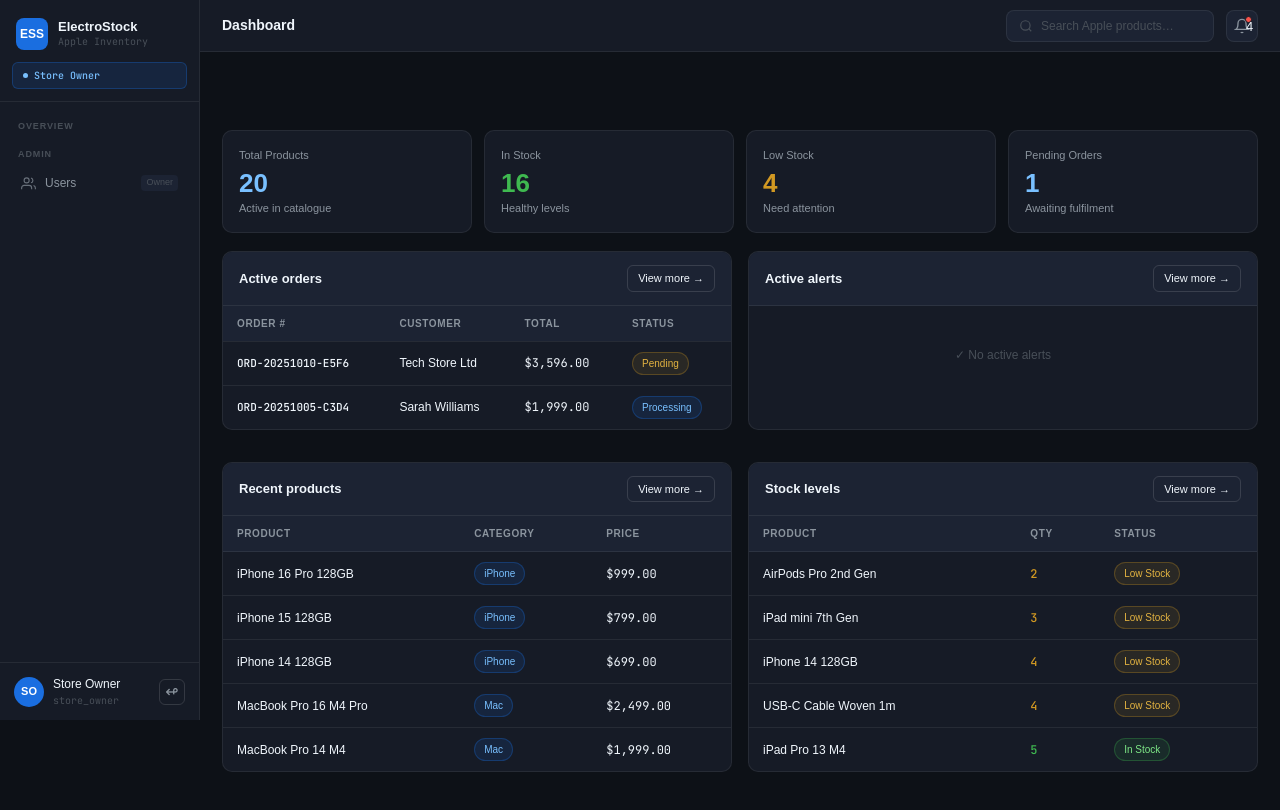
Repository: aayushaabsnss-web/ElectroStock-Solutions
Page: http://localhost/ESS/dashboard/index.php
An editor plug-in stored every save of this project. The page is shown before and after the next save, followed by the edit.
The browser window is 1280 px wide. The pictures show the whole page.
Some web fonts or font styles are not loaded; a fallback is used. The page is run by PHP 8.4 with error messages shown; the project is at /var/www/html/. The session is filled in as if someone had signed in: {"uid": 1, "name": "Store Owner", "role": "store_owner"}. Other server files are loaded and not shown. The database holds what the project's SQL file puts in it.

Above is the page before, as saved 2026-05-13 08:51:33.

### dashboard/index.php
<?php
/**
 * dashboard/index.php — Main Dashboard
 * Shows stats, active orders, alerts, products and stock summary.
 */
require_once "../config/db.php";
require_once "../auth/session.php";
require_once "../classes/Alert.php";
requireLogin();

$t = "Dashboard"; $a = "dash";
require_once "../includes/header.php";
include  "../includes/flash.php";

// Stat cards
$total = (int)(mysqli_fetch_assoc(mysqli_query($conn,"SELECT COUNT(*) c FROM products WHERE is_active=1"))['c'] ?? 0);
$in    = (int)(mysqli_fetch_assoc(mysqli_query($conn,"SELECT COUNT(*) c FROM products WHERE is_active=1 AND quantity>min_qty"))['c'] ?? 0);
$low   = (int)(mysqli_fetch_assoc(mysqli_query($conn,"SELECT COUNT(*) c FROM products WHERE is_active=1 AND quantity<=min_qty"))['c'] ?? 0);
$pend  = (int)(mysqli_fetch_assoc(mysqli_query($conn,"SELECT COUNT(*) c FROM orders WHERE status='pending'"))['c'] ?? 0);

// Active orders
$orders = mysqli_query($conn,
    "SELECT o.*, u.full_name cby,
     (SELECT COUNT(*) FROM order_items WHERE order_id=o.id) items
     FROM orders o JOIN users u ON u.id=o.created_by
     WHERE o.status IN ('pending','processing')
     ORDER BY o.created_at DESC LIMIT 5");

// Alerts
$alertObj = new Alert($conn);
$alerts   = $alertObj->getActive();

// Recent products
$products = mysqli_query($conn,
    "SELECT id,name,sku,category,price FROM products
     WHERE is_active=1 ORDER BY created_at DESC LIMIT 5");

// Low stock items
$stock = mysqli_query($conn,
    "SELECT id,name,sku,quantity,min_qty FROM products
     WHERE is_active=1 ORDER BY quantity ASC LIMIT 5");

$sc = ["pending"=>"b-amber","processing"=>"b-blue","completed"=>"b-green","cancelled"=>"b-gray"];
?>

<?php if($low > 0): ?>
<div class="alert alert-warning">&#9888; <strong><?= $low ?> product<?= $low>1?"s":"" ?></strong> at or below minimum stock &mdash; <a href="<?= BASE ?>monitoring/index.php" style="font-weight:600;color:inherit">View alerts &rarr;</a></div>
<?php endif; ?>

<!-- Stat cards -->
<div class="stats-grid">
  <div class="sc"><div class="sl">Total Products</div><div class="sv c-blue"><?= $total ?></div><div class="sn">Active in catalogue</div></div>
  <div class="sc"><div class="sl">In Stock</div><div class="sv c-green"><?= $in ?></div><div class="sn">Healthy levels</div></div>
  <div class="sc"><div class="sl">Low Stock</div><div class="sv c-amber"><?= $low ?></div><div class="sn">Need attention</div></div>
  <div class="sc"><div class="sl">Pending Orders</div><div class="sv c-blue"><?= $pend ?></div><div class="sn">Awaiting fulfilment</div></div>
</div>

<!-- Row 2: Active orders + Alerts -->
<div class="g2" style="margin-bottom:16px">

  <!-- Active orders -->
  <div class="card">
    <div class="card-hdr">
      <span class="card-title">Active orders</span>
      <a href="<?= BASE ?>orders/index.php" class="btn btn-outline btn-sm">View more &rarr;</a>
    </div>
    <table class="tbl">
      <thead><tr><th>Order #</th><th>Customer</th><th>Total</th><th>Status</th></tr></thead>
      <tbody>
      <?php $e=true; while($o=mysqli_fetch_assoc($orders)): $e=false; ?>
      <tr>
        <td class="fw mono" style="font-size:11px"><?= h($o["order_number"]) ?></td>
        <td><?= h($o["customer"]) ?></td>
        <td class="mono">$<?= number_format($o["total"],2) ?></td>
        <td><span class="badge <?= $sc[$o["status"]] ?>"><?= ucfirst($o["status"]) ?></span></td>
      </tr>
      <?php endwhile; if($e): ?>
      <tr><td colspan="4" style="text-align:center;padding:20px;color:var(--t3)">No active orders.</td></tr>
      <?php endif; ?>
      </tbody>
    </table>
  </div>

  <!-- Active alerts -->
  <div class="card">
    <div class="card-hdr">
      <span class="card-title">Active alerts</span>
      <a href="<?= BASE ?>monitoring/index.php" class="btn btn-outline btn-sm">View more &rarr;</a>
    </div>
    <div class="card-body" style="display:flex;flex-direction:column;gap:8px">
    <?php $any=false; foreach(array_slice($alerts,0,5) as $al): $any=true; ?>
    <div style="display:flex;align-items:center;gap:10px;padding:9px 12px;background:var(--bg3);border-radius:8px;border-left:3px solid var(--amber)">
      <div style="flex:1">
        <div style="font-size:12px;font-weight:500"><?= h($al["product_name"]) ?></div>
        <div style="font-size:10px;color:var(--t2)"><?= $al["current_qty"] ?> left &middot; min <?= $al["threshold"] ?></div>
      </div>
      <span class="badge b-red">-<?= max(0,$al["threshold"]-$al["current_qty"]) ?></span>
    </div>
    <?php endforeach; if(!$any): ?>
    <div style="text-align:center;padding:24px;color:var(--t3);font-size:12px">&#10003; No active alerts</div>
    <?php endif; ?>
    </div>
  </div>
</div>

<!-- Row 3: Recent products + Stock levels -->
<div class="g2">

  <!-- Recent products -->
  <div class="card">
    <div class="card-hdr">
      <span class="card-title">Recent products</span>
      <a href="<?= BASE ?>products/index.php" class="btn btn-outline btn-sm">View more &rarr;</a>
    </div>
    <table class="tbl">
      <thead><tr><th>Product</th><th>Category</th><th>Price</th></tr></thead>
      <tbody>
      <?php $e=true; while($p=mysqli_fetch_assoc($products)): $e=false; ?>
      <tr>
        <td class="fw"><?= h($p["name"]) ?></td>
        <td><span class="badge b-blue"><?= h($p["category"]) ?></span></td>
        <td class="mono">$<?= number_format($p["price"],2) ?></td>
      </tr>
      <?php endwhile; if($e): ?>
      <tr><td colspan="3" style="text-align:center;padding:20px;color:var(--t3)">No products.</td></tr>
      <?php endif; ?>
      </tbody>
    </table>
  </div>

  <!-- Stock levels -->
  <div class="card">
    <div class="card-hdr">
      <span class="card-title">Stock levels</span>
      <a href="<?= BASE ?>stock/index.php" class="btn btn-outline btn-sm">View more &rarr;</a>
    </div>
    <table class="tbl">
      <thead><tr><th>Product</th><th>Qty</th><th>Status</th></tr></thead>
      <tbody>
      <?php $e=true; while($p=mysqli_fetch_assoc($stock)): $e=false;
        $st = $p["quantity"]==0?"Out of Stock":($p["quantity"]<=$p["min_qty"]?"Low Stock":"In Stock");
        $bl = ["In Stock"=>"b-green","Low Stock"=>"b-amber","Out of Stock"=>"b-red"];
        $ql = ["In Stock"=>"c-green","Low Stock"=>"c-amber","Out of Stock"=>"c-red"];
      ?>
      <tr>
        <td class="fw"><?= h($p["name"]) ?></td>
        <td class="mono fw <?= $ql[$st] ?>"><?= $p["quantity"] ?></td>
        <td><span class="badge <?= $bl[$st] ?>"><?= $st ?></span></td>
      </tr>
      <?php endwhile; if($e): ?>
      <tr><td colspan="3" style="text-align:center;padding:20px;color:var(--t3)">No stock data.</td></tr>
      <?php endif; ?>
      </tbody>
    </table>
  </div>

</div>
<?php require_once "../includes/footer.php"; ?>

### config/db.php
<?php
/**
 * config/db.php
 * Database configuration and connection file.
 * Change DB_USER, DB_PASS and BASE to match your server.
 */

// Database credentials — update these for your environment
define('DB_HOST', 'localhost');
define('DB_USER', 'root');      // Your MySQL username
define('DB_PASS', '');          // Your MySQL password
define('DB_NAME', 'inventory_db');

// Base URL — must match your folder name in htdocs
// e.g. if folder is 'ElectroStock-Solutions' use '/ElectroStock-Solutions/'
define('BASE', '/ESS/');

// Establish the database connection
$conn = mysqli_connect(DB_HOST, DB_USER, DB_PASS, DB_NAME);

// Show a clear error if connection fails
if (!$conn) {
    die('<div style="font-family:sans-serif;padding:30px;background:#1a1a2e;color:#ff6b6b;text-align:center">
        <h2>&#9888; Database connection failed</h2>
        <p>' . mysqli_connect_error() . '</p>
        <p style="color:#888">Edit config/db.php with your MySQL credentials.</p>
    </div>');
}

// Set character encoding to support all Unicode characters
mysqli_set_charset($conn, 'utf8mb4');

### auth/session.php
<?php
if (session_status() === PHP_SESSION_NONE) session_start();

function loggedIn()  { return !empty($_SESSION['uid']); }
function isOwner()   { return loggedIn() && $_SESSION['role'] === 'store_owner'; }

function requireLogin() {
    if (!loggedIn()) { header('Location: ' . BASE . 'auth/login.php'); exit; }
}
function requireOwner() {
    requireLogin();
    if (!isOwner()) { flash('error','Access denied — Store Owner only.'); header('Location: ' . BASE . 'dashboard/index.php'); exit; }
}
function flash($type, $msg) { $_SESSION['flash'][$type] = $msg; }
function getFlash($type) {
    $m = $_SESSION['flash'][$type] ?? '';
    unset($_SESSION['flash'][$type]);
    return $m;
}
function h($s) { return htmlspecialchars((string)$s, ENT_QUOTES, 'UTF-8'); }
function initials() {
    $parts = array_filter(explode(' ', $_SESSION['name'] ?? ''));
    return strtoupper(implode('', array_map(fn($p) => $p[0], array_slice($parts, 0, 2))));
}
function alertCount($conn) {
    $r = mysqli_query($conn,"SELECT COUNT(*) c FROM monitoring WHERE alert_status='active'");
    return (int)(mysqli_fetch_assoc($r)['c'] ?? 0);
}

### classes/Alert.php
<?php
/**
 * Alert Class — Middle Layer
 * Manages inventory monitoring alerts and threshold configuration.
 * IMPORTANT: getActive() fetches all rows immediately and clears
 * stored procedure result sets to prevent "commands out of sync".
 */
class Alert {

    /** @var mysqli $conn Active database connection */
    private mysqli $conn;

    public function __construct(mysqli $conn) {
        $this->conn = $conn;
    }

    /**
     * Returns all active alerts as a plain PHP array.
     * Fetches and frees all stored procedure result sets immediately
     * to prevent mysqli "commands out of sync" on the next query.
     * @return array
     */
    public function getActive(): array {
        $result = mysqli_query($this->conn, "CALL sp_getActiveAlerts()");
        $rows = [];
        if ($result) {
            while ($row = mysqli_fetch_assoc($result)) $rows[] = $row;
            mysqli_free_result($result);
        }
        // Drain any extra result sets returned by the stored procedure
        while (mysqli_more_results($this->conn)) mysqli_next_result($this->conn);
        return $rows;
    }

    /**
     * Returns recently resolved alerts as a plain PHP array.
     * Uses a plain SELECT (not a stored proc) — no sync issue.
     * @param int $limit Max rows
     * @return array
     */
    public function getResolved(int $limit = 10): array {
        $result = mysqli_query($this->conn,
            "SELECT m.*, p.name AS product_name, u.full_name AS resolved_by_name
             FROM monitoring m
             JOIN products p ON p.id = m.product_id
             LEFT JOIN users u ON u.id = m.resolved_by
             WHERE m.alert_status = 'resolved'
             ORDER BY m.resolved_at DESC
             LIMIT $limit");
        $rows = [];
        if ($result) while ($row = mysqli_fetch_assoc($result)) $rows[] = $row;
        return $rows;
    }

    /**
     * Marks an alert as resolved. Calls sp_resolveAlert.
     */
    public function resolve(int $alertId, int $userId): bool {
        $stmt = mysqli_prepare($this->conn, "CALL sp_resolveAlert(?,?)");
        mysqli_stmt_bind_param($stmt, 'ii', $alertId, $userId);
        $ok = mysqli_stmt_execute($stmt);
        mysqli_stmt_close($stmt);
        while (mysqli_more_results($this->conn)) mysqli_next_result($this->conn);
        return $ok;
    }

    /**
     * Sets or updates the alert threshold for a product.
     */
    public function setThreshold(int $productId, int $threshold): bool {
        $stmt = mysqli_prepare($this->conn,
            "INSERT INTO monitoring (product_id, threshold)
             VALUES (?, ?)
             ON DUPLICATE KEY UPDATE threshold = ?");
        mysqli_stmt_bind_param($stmt, 'iii', $productId, $threshold, $threshold);
        $ok = mysqli_stmt_execute($stmt);
        mysqli_stmt_close($stmt);
        return $ok;
    }

    /**
     * Returns count of active alerts for the nav badge.
     */
    public function countActive(): int {
        $r = mysqli_query($this->conn,
            "SELECT COUNT(*) AS c FROM monitoring WHERE alert_status = 'active'");
        return (int)(mysqli_fetch_assoc($r)['c'] ?? 0);
    }
}
?>

### includes/header.php
<?php
// $t = page title, $a = active nav key
require_once __DIR__.'/../config/db.php';
require_once __DIR__.'/../auth/session.php';
requireLogin();
$_ac = alertCount($conn);
?><!DOCTYPE html>
<html lang="en">
<head>
<meta charset="UTF-8"><meta name="viewport" content="width=device-width,initial-scale=1">
<title><?= h($t??'Dashboard') ?> — ElectroStock Solutions</title>
<link rel="stylesheet" href="<?= BASE ?>assets/style.css">
</head>
<body>
<?php include __DIR__.'/sidebar.php'; ?>
<header class="topbar">
  <span class="tb-title"><?= h($t??'Dashboard') ?></span>
  <form class="tb-search" action="<?= BASE ?>products/search.php" method="GET">
    <svg width="14" height="14" viewBox="0 0 24 24" fill="none" stroke="currentColor" stroke-width="2"><circle cx="11" cy="11" r="8"/><path d="M21 21l-4.35-4.35"/></svg>
    <input type="text" name="q" placeholder="Search Apple products…" value="<?= h($_GET['q']??'') ?>">
  </form>
  <a href="<?= BASE ?>monitoring/index.php" class="tb-bell" title="Alerts">
    <svg width="16" height="16" viewBox="0 0 24 24" fill="none" stroke="currentColor" stroke-width="2"><path d="M18 8A6 6 0 006 8c0 7-3 9-3 9h18s-3-2-3-9"/><path d="M13.73 21a2 2 0 01-3.46 0"/></svg>
    <?php if($_ac>0): ?><span class="tb-badge"><?= $_ac ?></span><?php endif; ?>
  </a>
</header>
<main class="main"><div class="content">

### includes/sidebar.php
<?php // sidebar.php — $a = active key, $conn available ?>
<aside class="sidebar">
  <div class="sb-top">
    <div class="sb-brand">
      <div class="sb-logo">ESS</div>
      <div><div class="sb-name">ElectroStock</div><div class="sb-sub">Apple Inventory</div></div>
    </div>
    <div class="role-chip <?= isOwner()?'rc-owner':'rc-emp' ?>">
      <span class="rdot"></span><?= isOwner()?'Store Owner':'Employee' ?>
    </div>
  </div>
  <nav class="sb-nav">
    <div class="nl">Overview</div>
    <?php if(isOwner()): ?>
    <div class="nl">Admin</div>
    <a class="ni <?= ($a??'')==='users'?'active':'' ?>" href="<?= BASE ?>auth/register.php">
      <svg width="15" height="15" viewBox="0 0 24 24" fill="none" stroke="currentColor" stroke-width="1.8"><path d="M17 21v-2a4 4 0 00-4-4H5a4 4 0 00-4 4v2"/><circle cx="9" cy="7" r="4"/><path d="M23 21v-2a4 4 0 00-3-3.87M16 3.13a4 4 0 010 7.75"/></svg>
      Users <span class="nav-lock">Owner</span>
    </a>
    <?php endif; ?>
  </nav>
  <div class="sb-foot">
    <div class="user-row">
      <div class="uav"><?= h(initials()) ?></div>
      <div style="flex:1;min-width:0">
        <div class="uname"><?= h($_SESSION['name']??'') ?></div>
        <div class="urole"><?= h($_SESSION['role']??'') ?></div>
      </div>
      <a href="<?= BASE ?>auth/logout.php" class="logout-btn" title="Logout">&#8619;</a>
    </div>
  </div>
</aside>

### includes/flash.php
<?php
foreach(['success'=>'alert-success','error'=>'alert-danger','warning'=>'alert-warning'] as $k=>$cls):
  if($m=getFlash($k)): ?><div class="alert <?= $cls ?>"><?= h($m) ?></div><?php
  endif;
endforeach;

### includes/footer.php
</div></main>
<script src="<?= BASE ?>assets/js/main.js"></script>
</body></html>

### database/inventory_db.sql (the tables this page reads)
CREATE TABLE monitoring (
  id           INT AUTO_INCREMENT PRIMARY KEY,
  product_id   INT  NOT NULL UNIQUE,
  threshold    INT  NOT NULL DEFAULT 5,
  alert_status ENUM('active','resolved') NOT NULL DEFAULT 'active',
  alerted_at   TIMESTAMP DEFAULT CURRENT_TIMESTAMP,
  resolved_at  TIMESTAMP NULL,
  resolved_by  INT,
  FOREIGN KEY (product_id)  REFERENCES products(id) ON DELETE CASCADE,
  FOREIGN KEY (resolved_by) REFERENCES users(id)    ON DELETE SET NULL
);

INSERT INTO monitoring (product_id,threshold,alert_status) VALUES
(4, 8, 'active'),
(12,5, 'active'),
(16,8, 'active'),
(20,15,'active');

CREATE TABLE order_items (
  id         INT AUTO_INCREMENT PRIMARY KEY,
  order_id   INT  NOT NULL,
  product_id INT  NOT NULL,
  quantity   INT  NOT NULL,
  unit_price DECIMAL(10,2) NOT NULL,
  FOREIGN KEY (order_id)   REFERENCES orders(id)   ON DELETE CASCADE,
  FOREIGN KEY (product_id) REFERENCES products(id) ON DELETE CASCADE
);

INSERT INTO order_items (order_id,product_id,quantity,unit_price) VALUES
(1,1,2,1199.00),
(2,6,1,1999.00),
(3,1,2,1199.00),(3,13,1,399.00),(3,19,2,399.00),
(4,16,1,249.00);

CREATE TABLE orders (
  id           INT AUTO_INCREMENT PRIMARY KEY,
  order_number VARCHAR(20)  NOT NULL UNIQUE,
  customer     VARCHAR(120) NOT NULL,
  status       ENUM('pending','processing','completed','cancelled') NOT NULL DEFAULT 'pending',
  total        DECIMAL(10,2) NOT NULL DEFAULT 0.00,
  notes        TEXT,
  created_by   INT  NOT NULL,
  created_at   TIMESTAMP DEFAULT CURRENT_TIMESTAMP,
  updated_at   TIMESTAMP DEFAULT CURRENT_TIMESTAMP ON UPDATE CURRENT_TIMESTAMP,
  FOREIGN KEY (created_by) REFERENCES users(id) ON DELETE CASCADE
);

INSERT INTO orders (order_number,customer,status,total,notes,created_by,created_at) VALUES
('ORD-20251001-A1B2','John Smith',     'completed', 2398.00,'Corporate bulk order',      1,'2025-10-01 10:00:00'),
('ORD-20251005-C3D4','Sarah Williams', 'processing',1999.00,'Online order',              2,'2025-10-05 14:00:00'),
('ORD-20251010-E5F6','Tech Store Ltd', 'pending',   3596.00,'Reseller — priority',       1,'2025-10-10 09:30:00'),
('ORD-20251012-G7H8','Emma Brown',     'cancelled',  249.00,'Customer cancelled',        2,'2025-10-12 11:00:00');

CREATE TABLE products (
  id          INT AUTO_INCREMENT PRIMARY KEY,
  name        VARCHAR(150) NOT NULL UNIQUE,
  sku         VARCHAR(40)  NOT NULL UNIQUE,
  category    ENUM('iPhone','Mac','iPad','Watch','Accessory') NOT NULL,
  description TEXT,
  price       DECIMAL(10,2) NOT NULL,
  quantity    INT           NOT NULL DEFAULT 0,
  min_qty     INT           NOT NULL DEFAULT 5,
  supplier    VARCHAR(100)  DEFAULT 'Apple Inc.',
  is_active   TINYINT(1)   NOT NULL DEFAULT 1,
  added_by    INT,
  created_at  TIMESTAMP    DEFAULT CURRENT_TIMESTAMP,
  updated_at  TIMESTAMP    DEFAULT CURRENT_TIMESTAMP ON UPDATE CURRENT_TIMESTAMP,
  FOREIGN KEY (added_by) REFERENCES users(id) ON DELETE SET NULL
);

INSERT INTO products (name,sku,category,description,price,quantity,min_qty,supplier,added_by) VALUES
('iPhone 16 Pro Max 256GB','IP16PM256','iPhone','Latest flagship with A18 Pro chip and titanium design',               1199.00,24, 8,'Apple Inc.',1),
('iPhone 16 Pro 128GB',    'IP16P128', 'iPhone','Pro performance with 48MP camera system and A18 Pro chip',            999.00,18, 8,'Apple Inc.',1),
('iPhone 15 128GB',        'IP15128',  'iPhone','Dynamic Island and USB-C connectivity',                               799.00,35,10,'Apple Inc.',1),
('iPhone 14 128GB',        'IP14128',  'iPhone','Crash Detection and Emergency SOS via satellite',                     699.00, 4, 8,'Apple Inc.',1),
('MacBook Pro 16 M4 Pro',  'MBP16M4P', 'Mac',   'Powerhouse laptop with M4 Pro chip and 24GB RAM',                  2499.00, 6, 3,'Apple Inc.',1),
('MacBook Pro 14 M4',      'MBP14M4',  'Mac',   '14-inch MacBook Pro with M4 chip, all-day battery',                1999.00,11, 3,'Apple Inc.',1),
('MacBook Air 15 M3',      'MBA15M3',  'Mac',   'Thin and light 15-inch with M3 chip',                              1299.00,20, 5,'Apple Inc.',1),
('Mac mini M4',            'MM4',      'Mac',   'Compact desktop Mac with M4 chip',                                   599.00, 9, 5,'Apple Inc.',1),
('iPad Pro 13 M4',         'IPADP13M4','iPad',  'Most advanced iPad with M4 chip and Ultra Retina XDR display',      1299.00, 5, 3,'Apple Inc.',1),
('iPad Air 11 M2',         'IPADA11M2','iPad',  'Versatile 11-inch iPad Air with M2 chip',                            749.00,14, 5,'Apple Inc.',1),
('iPad 10th Gen 64GB',     'IPAD10G64','iPad',  'Colorful redesigned iPad with USB-C',                                449.00,22, 8,'Apple Inc.',1),
('iPad mini 7th Gen',      'IPADMINI7','iPad',  'Portable 8.3-inch iPad mini with A17 Pro chip',                      499.00, 3, 5,'Apple Inc.',1),
('Apple Watch Series 10',  'AWS10GPS', 'Watch', 'Thinnest Apple Watch with larger display and faster charging',        399.00,28,10,'Apple Inc.',1),
('Apple Watch Ultra 2',    'AWULTRA2', 'Watch', 'Ultimate sports watch with precision dual-frequency GPS',             799.00, 6, 3,'Apple Inc.',1),
('Apple Watch SE 2',       'AWSE2',    'Watch', 'Essential smartwatch at an affordable price',                         249.00,19, 8,'Apple Inc.',1),
('AirPods Pro 2nd Gen',    'APP2',     'Accessory','Active Noise Cancellation with Adaptive Audio',                    249.00, 2, 8,'Apple Inc.',1),
('AirPods 4',              'AP4',      'Accessory','Redesigned AirPods with ANC and H2 chip',                         129.00,31,10,'Apple Inc.',1),
('Apple Pencil Pro',       'APENCILP', 'Accessory','Advanced Pencil with barrel roll and squeeze gesture',             129.00,12, 5,'Apple Inc.',1),
('MagSafe Charger 15W',    'MAGSAFE',  'Accessory','Wireless MagSafe charger up to 15W for iPhone 12 and later',       39.00,45,15,'Apple Inc.',1),
('USB-C Cable Woven 1m',   'USBC1M',   'Accessory','Braided USB-C cable supporting up to 240W charging',               29.00, 4,15,'Apple Inc.',1);

CREATE TABLE users (
  id            INT AUTO_INCREMENT PRIMARY KEY,
  full_name     VARCHAR(100) NOT NULL,
  email         VARCHAR(150) NOT NULL UNIQUE,
  password_hash VARCHAR(255) NOT NULL,
  role          ENUM('store_owner','employee') NOT NULL DEFAULT 'employee',
  is_active     TINYINT(1)  NOT NULL DEFAULT 1,
  created_at    TIMESTAMP   DEFAULT CURRENT_TIMESTAMP
);

INSERT INTO users (full_name, email, password_hash, role) VALUES
('Store Owner', 'owner@electrostock.com',
 '$2y$10$TKh8H1.PfuBiCwTsYcATauSJkQQCrmGqLaQXb5w0T7x2dWj1b5KxC', 'store_owner'),
('Alex Johnson', 'staff@electrostock.com',
 '$2y$10$TKh8H1.PfuBiCwTsYcATauSJkQQCrmGqLaQXb5w0T7x2dWj1b5KxC', 'employee');

Loaded but not shown: assets/js/main.js (29 lines, source omitted); assets/style.css (139 lines, source omitted)

After the next save:
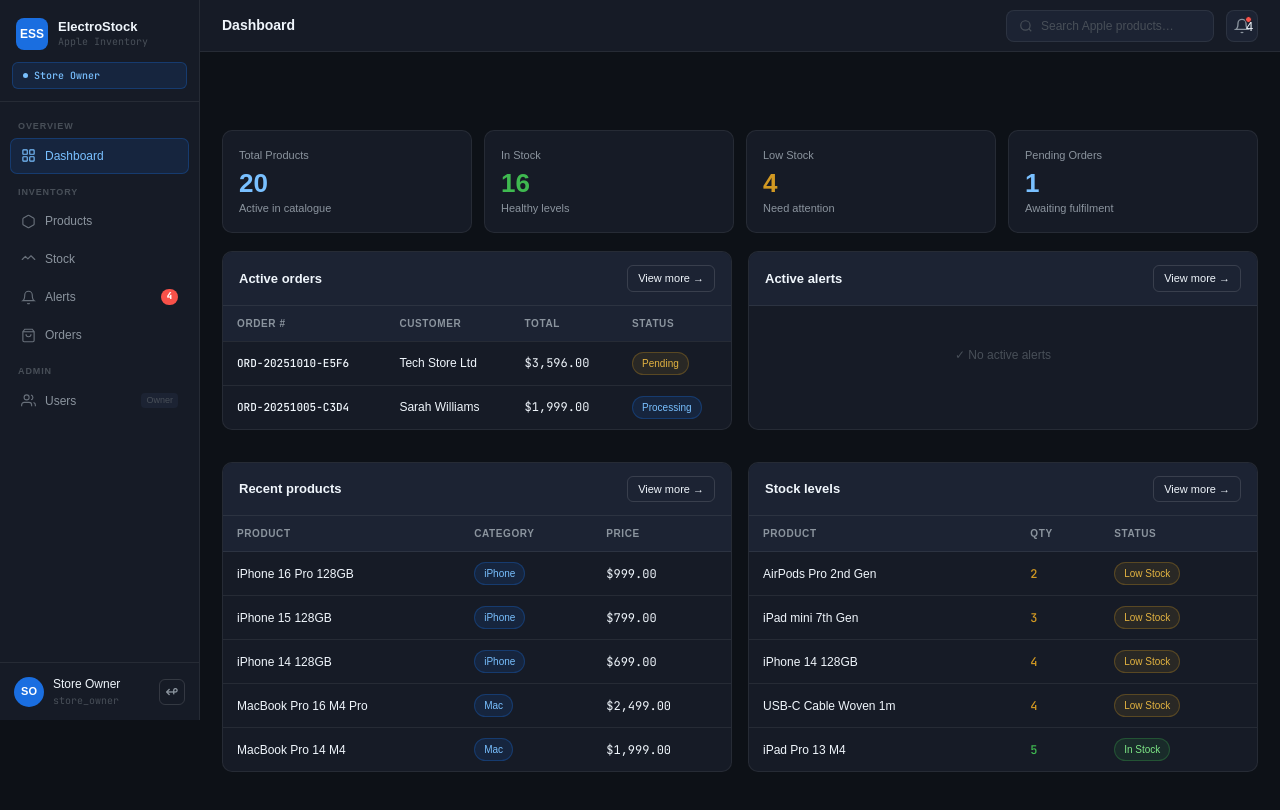
Saved 4 min 9 s later.
--- a/includes/sidebar.php
+++ b/includes/sidebar.php
@@ -11,6 +11,28 @@
   </div>
   <nav class="sb-nav">
     <div class="nl">Overview</div>
+    <a class="ni <?= ($a??'')==='dash'?'active':'' ?>" href="<?= BASE ?>dashboard/index.php">
+      <svg width="15" height="15" viewBox="0 0 24 24" fill="none" stroke="currentColor" stroke-width="1.8"><rect x="3" y="3" width="7" height="7" rx="1"/><rect x="14" y="3" width="7" height="7" rx="1"/><rect x="3" y="14" width="7" height="7" rx="1"/><rect x="14" y="14" width="7" height="7" rx="1"/></svg>
+      Dashboard
+    </a>
+    <div class="nl">Inventory</div>
+    <a class="ni <?= ($a??'')==='products'?'active':'' ?>" href="<?= BASE ?>products/index.php">
+      <svg width="15" height="15" viewBox="0 0 24 24" fill="none" stroke="currentColor" stroke-width="1.8"><path d="M21 16V8a2 2 0 00-1-1.73l-7-4a2 2 0 00-2 0l-7 4A2 2 0 003 8v8a2 2 0 001 1.73l7 4a2 2 0 002 0l7-4A2 2 0 0021 16z"/></svg>
+      Products
+    </a>
+    <a class="ni <?= ($a??'')==='stock'?'active':'' ?>" href="<?= BASE ?>stock/index.php">
+      <svg width="15" height="15" viewBox="0 0 24 24" fill="none" stroke="currentColor" stroke-width="1.8"><path d="M2 12l5-5 4 4 5-5 6 6" stroke-linecap="round" stroke-linejoin="round"/></svg>
+      Stock
+    </a>
+    <a class="ni <?= ($a??'')==='monitoring'?'active':'' ?>" href="<?= BASE ?>monitoring/index.php">
+      <svg width="15" height="15" viewBox="0 0 24 24" fill="none" stroke="currentColor" stroke-width="1.8"><path d="M18 8A6 6 0 006 8c0 7-3 9-3 9h18s-3-2-3-9"/><path d="M13.73 21a2 2 0 01-3.46 0"/></svg>
+      Alerts
+      <?php $ac=alertCount($conn); if($ac>0): ?><span class="nb"><?= $ac ?></span><?php endif; ?>
+    </a>
+    <a class="ni <?= ($a??'')==='orders'?'active':'' ?>" href="<?= BASE ?>orders/index.php">
+      <svg width="15" height="15" viewBox="0 0 24 24" fill="none" stroke="currentColor" stroke-width="1.8"><path d="M6 2L3 6v14a2 2 0 002 2h14a2 2 0 002-2V6l-3-4z"/><line x1="3" y1="6" x2="21" y2="6"/><path d="M16 10a4 4 0 01-8 0"/></svg>
+      Orders
+    </a>
     <?php if(isOwner()): ?>
     <div class="nl">Admin</div>
     <a class="ni <?= ($a??'')==='users'?'active':'' ?>" href="<?= BASE ?>auth/register.php">
